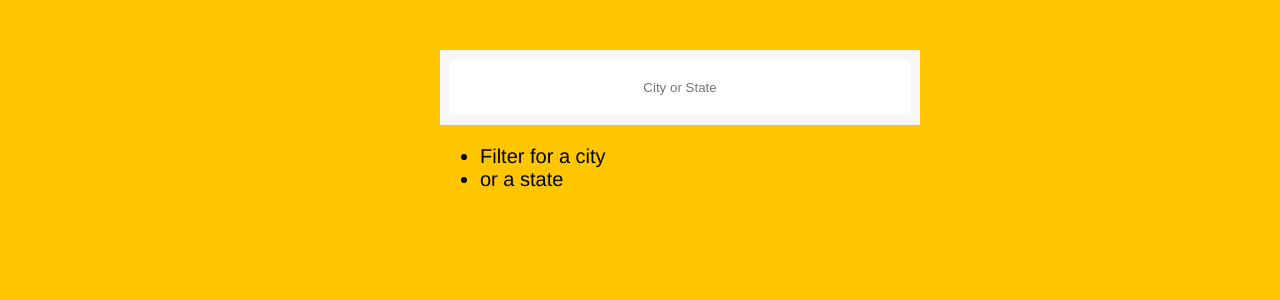
Repository: Saieebawake/Type-Ahead-City-or-State-Search
Page: index.html
These files come from the project's save history. The page is drawn as it stood at one moment and after the next save; the edit follows.
The browser window is 1280 px wide. The pictures show the whole page.
The page's requests for data from a server got no answer.

Above is the page before, as saved 2026-09-27 20:36:36.

### index.html
<!DOCTYPE html>
<html lang="en">
<head>
    <meta charset="UTF-8">
    <meta name="viewport" content="width=device-width, initial-scale=1.0">
    <title>Type Ahead</title>
    <link rel="stylesheet" href="style.css">
</head>
<body>
    <form class="search-form">
        <input type="text" class="search" placeholder="City or State">
        <ul class="suggestions">
            <li>Filter for a city</li>
            <li>or a state</li>
        </ul>
    </form>
    <script src="script.js"></script>
</body>
</html>

### style.css
html {
    box-sizing: border-box;
    background: #ffc600;
    font-family: 'helvetica neue';
    font-size: 20px;
    font-weight: 200;
}

*, *:before, *:after {
    box-sizing: inherit;
}

input {
    width: 100%;
    padding: 20px;
}

.search-form {
    max-width: 400px;
    margin: 50px auto;
}

input.search {
    margin: 0;
    text-align: center;
    outline: 0;
    border: 10px solid #f7f7f7;
    width: 120%;
    left: -10%;
    position: relatuve;
    top: 10px;
}

### script.js
const endpoint = 'https://gist.githubusercontent.com/Miserlou/c5cd8364bf9b2420bb29/raw/2bf258763cdddd704f8ffd3ea9a3e81d25e2c6f6/cities.json'

const cities = [];

fetch(endpoint)
.then(blob => blob.json())
.then(data => cities.push(...data))

function findMatches(wordToMatch, cities) {
    return cities.filter(place => {
        const regex = new RegExp(wordToMatch, 'gi');
        return place.city.match(regex) || place.state.match(regex)
    });
}

function numberWithCommas(x) {
    return x.toString().replace(/|B(?=(\d{3})+(?!\d))/g, ',');
}

function displayMatches() {
    const matchArray = findMatches(this.value, cities);
    const html = matchArray.map(place => {
        const regex = new RegExp(this.value, 'gi');
        const cityName = place.city.replace(regex,`<span class="hl">${this.value}</span>`);
        const stateName = place.state.replace(regex,`<span class="hl">${this.value}</span>`);
        return `
        <li>
        <span class="name">${cityName}, ${stateName}</span>
        <span class="population">${numberWithCommas(place.population)}</span>
        </li>`;
    }).join('');
    suggestions.innerHTML = html;
}

const searchInput = document.querySelector('.search');
const suggestions = document.querySelector('.suggestions');

searchInput.addEventListener('change', displayMatches);
searchInput.addEventListener('keyup', displayMatches);

After the next save:
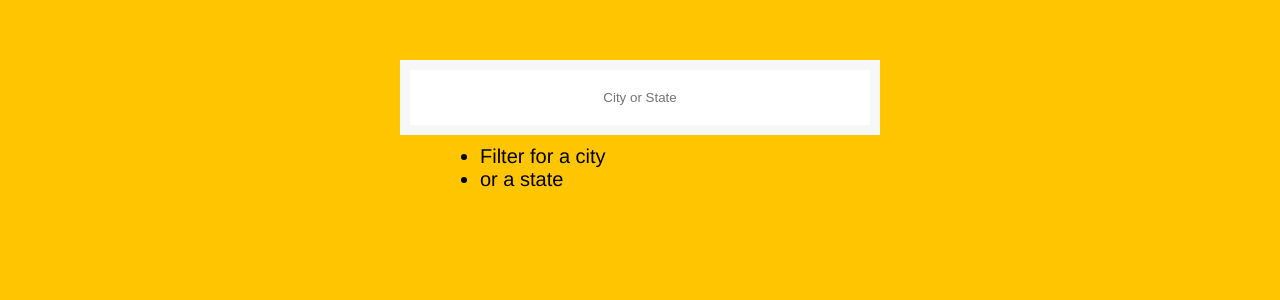
Saved 5 s later.
--- a/style.css
+++ b/style.css
@@ -27,6 +27,6 @@ input.search {
     border: 10px solid #f7f7f7;
     width: 120%;
     left: -10%;
-    position: relatuve;
+    position: relative;
     top: 10px;
 }
